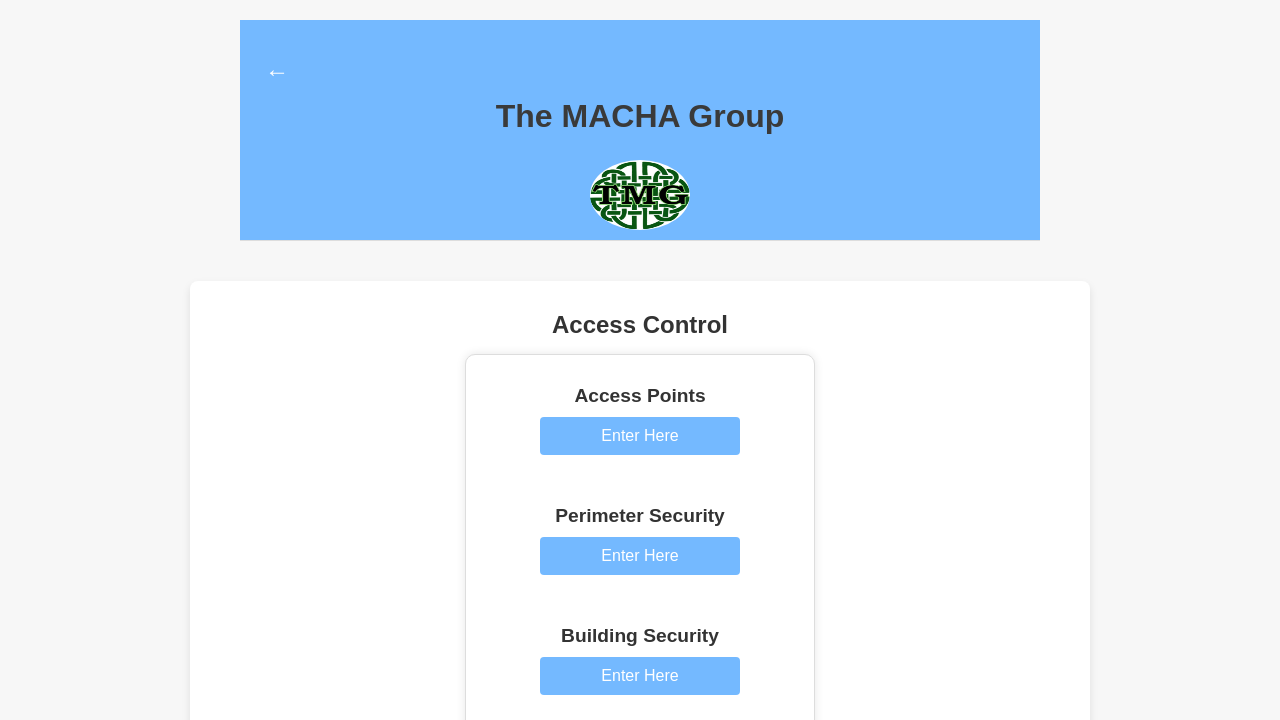
Repository: MachaGroup/MachaGroupIntegration
Page: /Access
These files come from the project's save history. The page is drawn as it stood at one moment and after the next save; the edit follows.
The browser window is 1280 px wide. The pictures show the whole page.
An inner scrolling area shows only its first screen. The project was rebuilt for these pictures with package versions that can differ from the ones it lists, and the page was loaded fresh each time. Also part of the build but not shown: src/Screens/Login.js, src/Screens/FormInputPage.js, src/Screens/MainScreen.js, src/Screens/AboutUs.js, src/Screens/FAQ.js, src/firebaseConfig.js, src/Screens/ContactUs.js, src/Screens/Settings.js and 301 more.

Above is the page before, as saved 2024-12-02 16:41:21.

After the next save:
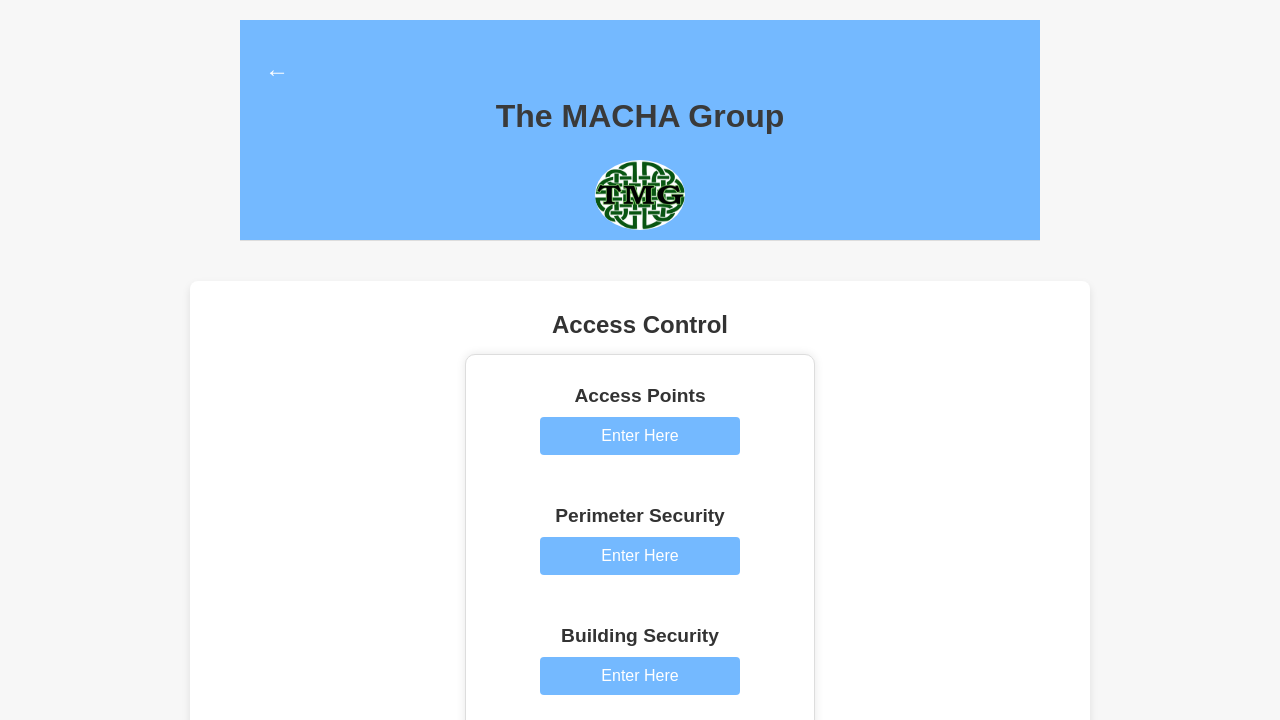
Saved 9 s later.
--- a/src/Screens/ForgotPassword.css
+++ b/src/Screens/ForgotPassword.css
@@ -35,7 +35,7 @@
 
 /* Place logo below the title */
 .logo {
-    width: 100px;
+    width: 90px;
     height: 70px;
     margin: 10px auto 0; /* Center and add spacing */
     display: block;

After the save that followed:
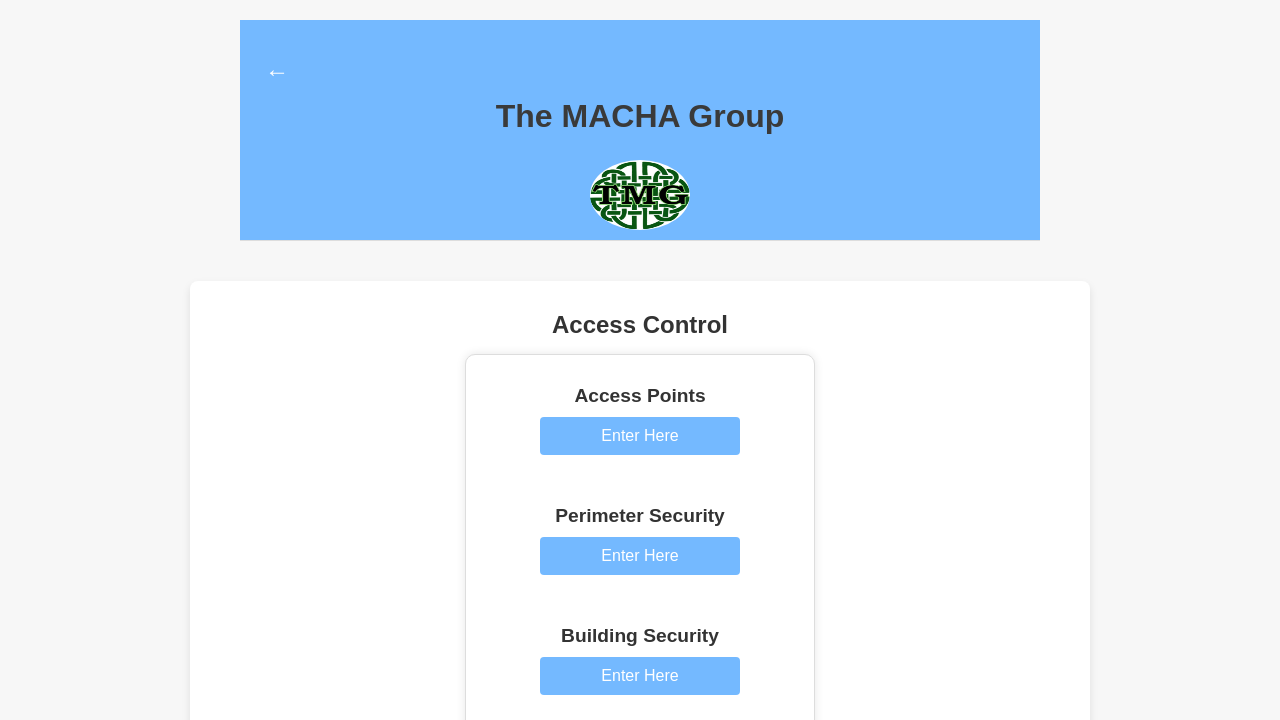
Saved 5 s later.
--- a/src/Screens/ForgotPassword.css
+++ b/src/Screens/ForgotPassword.css
@@ -35,7 +35,7 @@
 
 /* Place logo below the title */
 .logo {
-    width: 90px;
+    width: 100px;
     height: 70px;
     margin: 10px auto 0; /* Center and add spacing */
     display: block;
